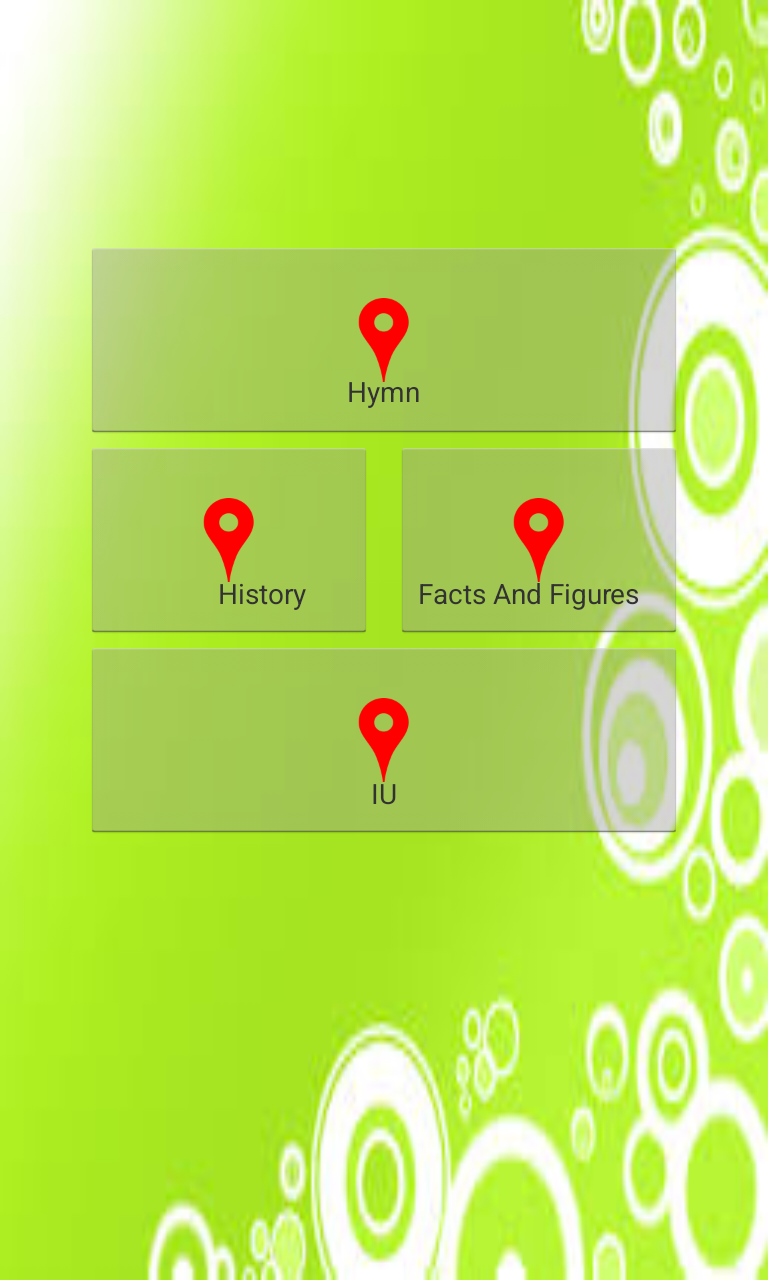
Repository: thoniemarie/TourdanetaGuide
Layout: Tourdaneta/Tourdaneta/res/layout/activity_home.xml
An editor plug-in stored every save of this project. The layout is shown before and after the next save, followed by the edit.
It is drawn on a 768 x 1280 px phone screen (xhdpi) without system bars, with theme AppTheme; the app's code is not run.

Above is the layout before, as saved 2014-09-07 04:34:30.

### Tourdaneta/Tourdaneta/res/layout/activity_home.xml
<RelativeLayout xmlns:android="http://schemas.android.com/apk/res/android"
    xmlns:tools="http://schemas.android.com/tools"
    android:layout_width="match_parent"
    android:layout_height="match_parent"
    android:background="@drawable/bg1"
    android:paddingBottom="@dimen/activity_vertical_margin"
    android:paddingLeft="@dimen/activity_horizontal_margin"
    android:paddingRight="@dimen/activity_horizontal_margin"
    android:paddingTop="@dimen/activity_vertical_margin"
    tools:context=".HomeActivity" >

    <ImageButton
        android:id="@+id/imageButton3"
        android:layout_width="145dp"
        android:layout_height="100dp"
        android:layout_alignRight="@+id/imageButton1"
        android:layout_below="@+id/imageButton1"
        android:src="@drawable/ic_launcher" />

    <ImageButton
        android:id="@+id/imageButton2"
        android:layout_width="145dp"
        android:layout_height="100dp"
        android:layout_alignLeft="@+id/imageButton1"
        android:layout_alignTop="@+id/imageButton3"
        android:src="@drawable/ic_launcher" />

    <ImageButton
        android:id="@+id/imageButton1"
        android:layout_width="300dp"
        android:layout_height="100dp"
        android:layout_alignParentTop="true"
        android:layout_centerHorizontal="true"
        android:layout_marginTop="104dp"
        android:src="@drawable/ic_launcher" />

    <TextView
        android:id="@+id/textView3"
        android:layout_width="wrap_content"
        android:layout_height="wrap_content"
        android:layout_alignBaseline="@+id/textView2"
        android:layout_alignBottom="@+id/textView2"
        android:layout_alignRight="@+id/imageButton3"
        android:layout_marginRight="22dp"
        android:text="Facts And Figures" />

    <ImageButton
        android:id="@+id/imageButton4"
        android:layout_width="300dp"
        android:layout_height="100dp"
        android:layout_alignLeft="@+id/imageButton2"
        android:layout_below="@+id/imageButton3"
        android:src="@drawable/ic_launcher" />

    <TextView
        android:id="@+id/textView4"
        android:layout_width="wrap_content"
        android:layout_height="wrap_content"
        android:layout_alignBottom="@+id/imageButton4"
        android:layout_centerHorizontal="true"
        android:layout_marginBottom="14dp"
        android:text="IU" />

    <TextView
        android:id="@+id/textView2"
        android:layout_width="wrap_content"
        android:layout_height="wrap_content"
        android:layout_alignBottom="@+id/imageButton2"
        android:layout_marginBottom="14dp"
        android:layout_marginRight="44dp"
        android:layout_toLeftOf="@+id/imageButton3"
        android:text="History" />

    <TextView
        android:id="@+id/textView1"
        android:layout_width="wrap_content"
        android:layout_height="wrap_content"
        android:layout_alignBottom="@+id/imageButton1"
        android:layout_centerHorizontal="true"
        android:layout_marginBottom="15dp"
        android:text="Hymn" />

</RelativeLayout>

Loaded but not shown: Tourdaneta/Tourdaneta/res/values/styles.xml (common file); Tourdaneta/Tourdaneta/res/values-v11/styles.xml (common file); Tourdaneta/Tourdaneta/res/values-v14/styles.xml (common file); Tourdaneta/Tourdaneta/res/values/dimens.xml (common file); Tourdaneta/Tourdaneta/res/values-w820dp/dimens.xml (common file)

After the next save:
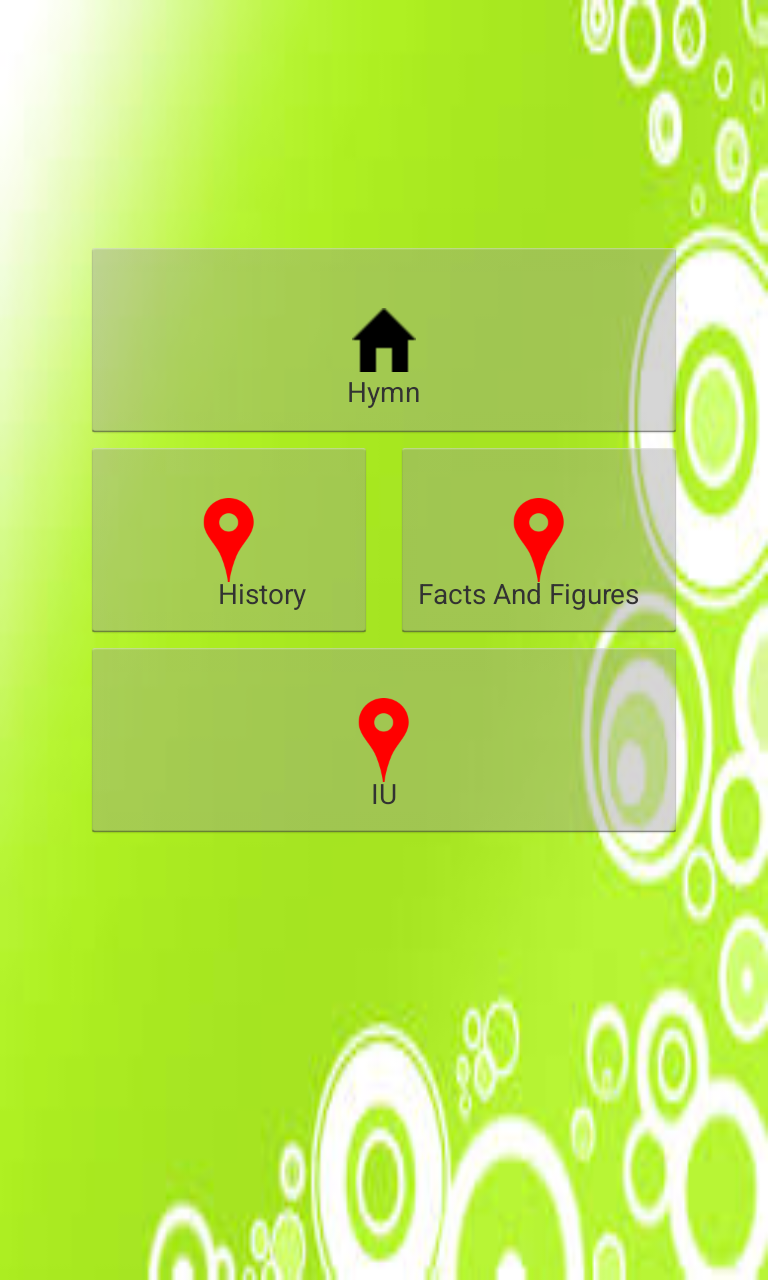
Saved 2 min 37 s later.
--- a/Tourdaneta/Tourdaneta/res/layout/activity_home.xml
+++ b/Tourdaneta/Tourdaneta/res/layout/activity_home.xml
@@ -32,7 +32,7 @@
         android:layout_alignParentTop="true"
         android:layout_centerHorizontal="true"
         android:layout_marginTop="104dp"
-        android:src="@drawable/ic_launcher" />
+        android:src="@drawable/home" />
 
     <TextView
         android:id="@+id/textView3"
